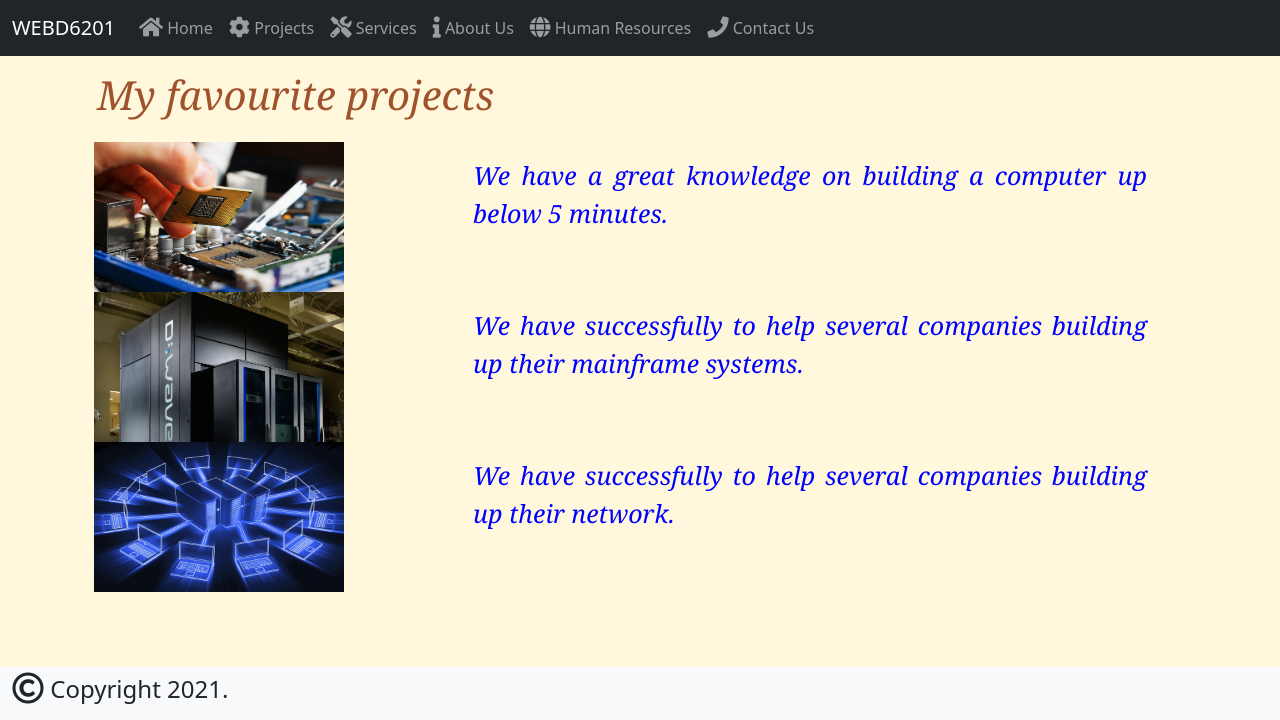
Repository: YiuWingLau/WEBD6201-W2021-Lab1
Page: projects.html
These files come from the project's save history. The page is drawn as it stood at one moment and after the next save; the edit follows.
The browser window is 1280 px wide. The pictures show the whole page.

Above is the page before, as saved 2021-02-04 21:37:59.

### projects.html
<!DOCTYPE html>
<html lang="en">
<head>
    <meta charset="UTF-8">
    <meta name="viewport" content="width=device-width, initial-scale=1.0">
    <title>Projects</title>

    <!--CSS Section -->
    <link rel="stylesheet" href="./node_modules/bootstrap/dist/css/bootstrap.min.css">
    <link rel="stylesheet" href="./node_modules/@fortawesome//fontawesome-free/css/all.min.css">
    <link rel="stylesheet" href="./Content/app.css">
</head>
<body>
    <!-- Main Header-->
    <header>
      <!-- Main Navigation-->
      <nav class="navbar navbar-expand-lg navbar-dark bg-dark">
          <div class="container-fluid">
            <a class="navbar-brand" href="index.html">WEBD6201</a>
            <button class="navbar-toggler" type="button" data-bs-toggle="collapse" data-bs-target="#navbarSupportedContent" aria-controls="navbarSupportedContent" aria-expanded="false" aria-label="Toggle navigation">
              <span class="navbar-toggler-icon"></span>
            </button>
            <div class="collapse navbar-collapse" id="navbarSupportedContent">
              <ul class="navbar-nav me-auto mb-2 mb-lg-0">

                <li id="navBarIndex" class="nav-item">
                  <a class="nav-link" aria-current="page" href="index.html"><i class="fas fa-home fa-lg"></i> Home</a>
                </li>

                <li id="navBarProjects" class="nav-item">
                  <a class="nav-link active" aria-current="page" href="products.html"><i class="fas fa-cog fa-lg"></i> Products</a>
                </li>

                <li id="navBarServices" class="nav-item">
                  <a class="nav-link" aria-current="page" href="services.html"><i class="fas fa-tools fa-lg"></i> Services</a>
                </li>

                <li id="navBarAboutUs" class="nav-item">
                  <a class="nav-link" aria-current="page" href="about.html"><i class="fas fa-info fa-lg"></i> About Us</a>
                </li>

                <li id="navBarContactUs" class="nav-item">
                  <a class="nav-link" aria-current="page" href="contact.html"><i class="fas fa-phone fa-lg"></i> Contact Us</a>
                </li>

              </ul>
            </div>
          </div>
      </nav>
    </header>
    <!-- Main Content -->
    <main class="container">
    </main>

    <!-- Main Footer -->
    <footer>
        <nav class="navbar fixed-bottom navbar-light bg-light">
            <div class="container-fluid">
              <h4><i class="far fa-copyright fa-lg"></i> Copyright 2021.</a></h4>
            </div>
        </nav>
    </footer>
    <!-- JavaScript Section -->
    <script src="./node_modules/jquery/dist/jquery.min.js"></script>
    <script src="./node_modules/bootstrap/dist/js/bootstrap.bundle.min.js"></script>
    <script src="./Scripts/app.js"></script>
</body>
</html>

### Content/app.css
h1 {
    padding: 15px;
    color: sienna;
    font-family: Cambria, Cochin, Georgia, Times, 'Times New Roman', serif;
    font-style: italic;
}

p {
    padding: 15px;
    color: blue;
    font-family:Cambria, Cochin, Georgia, Times, 'Times New Roman', serif;
    font-style: italic;
    font-size: 25px;
    text-align: justify;
}

body {
    background-color: cornsilk;
}

#homePicture {
    width: 1000px;
    height: 600px;
}

#favImage {

    width: 250px;
    height: 150px;
}

### Scripts/app.js
/* custom JavaScript goes here */

//IIFE - Immediately Invoked Function Expression
//AKA - Anonymous Self-Executing Function
//Closure - limits scope leak

"use strict";

(function()
{
    function displayHome()
    {
      // create heading element
      let homeHeading = document.createElement("h1");
      // configure the element
      homeHeading.setAttribute("id", "homeHeading");
      homeHeading.textContent = "Welcome to WEBD6201";
      // select the parent element
      let mainContent = document.getElementsByTagName("main")[0];
      // Add / Insert the element
      mainContent.appendChild(homeHeading);

      // inject the background image to the home pageinject the background image to the home page
        let myhomebackground = document.createElement("img");
        myhomebackground.setAttribute("id", "homePicture");
        myhomebackground.setAttribute("src", "./images/homepagebackground.jpg");
        myhomebackground.setAttribute("alt", "Computer Programmer");
        mainContent.appendChild(myhomebackground);

        // inject the first paragraph to the home page
        let newParagraph = document.createElement("p");
        newParagraph.setAttribute("id", "paragraphTwo");
        newParagraph.textContent = "We provide the best programming service for you...";
        mainContent.appendChild(newParagraph);
    }

    function displayAbout()
    {
        //create new element Human Resources
        let myPicture = document.createElement("img");
        myPicture.setAttribute("id", "myImage");
        myPicture.setAttribute("src", "./images/img_me.jpg");
        myPicture.setAttribute("alt", "Nelson Lau");
        myPicture.setAttribute("width", "192");
        myPicture.setAttribute("height", "108");

        // Step 1. document.createElement
        let ParagraphOne = document.createElement("p");
        // Step 2. configure the element
        ParagraphOne.setAttribute("id", "myIntroduction");
        ParagraphOne.textContent = "Here are my favourite projects.";
        // Step 3. select the parent element
        let mainContent = document.getElementsByTagName("main")[0];
        mainContent.appendChild(myPicture);
        // Step 4. Add / Insert the element
        mainContent.appendChild(ParagraphOne);
        ParagraphOne.className = "fs-lg";

    }

    function displayProjects()
    {
      // create and add heading to Projects page
      let projectHeading = document.createElement("h1");
      projectHeading.setAttribute("id", "projectHeading");
      projectHeading.textContent = " My favourite projects";
      let mainContent = document.getElementsByTagName("main")[0];
      mainContent.appendChild(projectHeading);


      // create favorite projects element div tag
      let project = document.createElement("div");
      project.setAttribute("class", "container");
      project.setAttribute("id", "project");
      mainContent.appendChild(project);

      // create & insert 1st favorite project detail
      let projectOne = document.createElement("div");
      projectOne.setAttribute("class", "row");
      projectOne.setAttribute("id", "projectOne");
      projectOne.innerHTML = `<div class="row"><div class="col-4"><img id="favImage" src="./images/hardware.jpg" alt="computer hardware"></div>
                              <div class="col-8"><p> We have a great knowledge on building a computer up below 5 minutes.</p></div></div><div></div>`;
      project.appendChild(projectOne);

      // create & insert 2nd favorite project detail
      let projectTwo = document.createElement("div");
      projectTwo.setAttribute("class", "row");
      projectTwo.setAttribute("id", "projectTwo");
      projectTwo.innerHTML = `<div class="row"><div class="col-4"><img id="favImage" src="./images/mainframe.jpg" alt="mainframe development"></div>
                              <div class="col-8"><p> We have successfully to help several companies building up their mainframe systems.</p></div></div><div></div>`;
      project.appendChild(projectTwo);

      // create & insert 2nd favorite project detail
      let projectThree = document.createElement("div");
      projectThree.setAttribute("class", "row");
      projectThree.setAttribute("id", "projectThree");
      projectThree.innerHTML = `<div class="row"><div class="col-4"><img id="favImage" src="./images/networking.jpg" alt="computer networking"></div>
                                <div class="col-8"><p> We have successfully to help several companies building up their network.</p></div></div><div></div>`;
      project.appendChild(projectThree);
    }

    function displayHumanResources()
    {

    }

    function displayServices()
    {

        // another way of injecting content
        let paragraphDiv = document.createElement("div");
        let paragraphThree = `<p id="paragraphThree" class="fs-7 fw-bold">And this is the Third Paragraph</p>`;
        paragraphDiv.innerHTML = paragraphThree;

        // insertions

        // example of inserting before a node
        // newParagraph.before(paragraphDiv);

        // example of inserting after a node
        newParagraph.after(paragraphDiv);

        // deletions

        // example of removing a single element
        //paragraphOneElement.remove();

        // example of removeChild
       // mainContent.removeChild(paragraphOneElement);
        // update / modification
        //mainContent.firstElementChild.textContent = "Welcome Home!";
    }

    function displayContact()
    {
        let messageArea = document.getElementById("messageArea");
        messageArea.hidden = true;

        // form validation
        let fullName = document.getElementById("fullName");
        fullName.addEventListener("blur", function() {
            if(fullName.value.length < 2)
            {
                fullName.focus();
                fullName.select();
                messageArea.hidden = false;
                messageArea.className = "alert alert-danger";
                messageArea.textContent = "Please enter an appropriate Name";
            }
            else
            {
                messageArea.removeAttribute("class");
                messageArea.hidden = true;
            }
        });

        let sendButton = document.getElementById("sendButton");
        sendButton.addEventListener("click", function(event){
            //event.preventDefault();

            let contact = new Contact(fullName.value, contactNumber.value, emailAddress.value);

            if(contact.serialize())
            {
              localStorage.setItem((localStorage.length + 1).toString(), contact.serialize());
            }

        });
    }

    function displayContactList()
    {
      if (localStorage.length > 0)
      {
        let contactList = document.getElementById("contactList");

        let data = "";

        for (let index = 0; index < localStorage.length; index++)
        {
          let contactData = localStorage.getItem((index + 1).toString());

          let contact = new Contact();
          contact.deserialize(contactData);

          data += `<tr>
          <th scope="row">${index + 1}</th>
          <td>${contact.FullName}</td>
          <td>${contact.ContactNumber}</td>
          <td>${contact.EmailAddress}</td>
        </tr>`;
        }

        contactList.innerHTML = data;
      }
    }

    // function to correct the wrong link and text content in navigation bar
    function changeNavBarName()
    {
        let navName = document.getElementById("navBarProjects");
        navName.innerHTML = `<a class='nav-link' aria-current='page' href='projects.html'><i class="fas fa-cog fa-lg"></i> Projects</a>`;
    }

    // function to add Human Resource element to Nav Bar between About Us and Contact Us
    function addNewNavBarElement()
    {
        //create new element Human Resources
        let newListElement = document.createElement("li");
        newListElement.setAttribute("id", "navBarHumanResources");
        newListElement.setAttribute("class", "nav-item");
        newListElement.innerHTML = `<a class='nav-link' aria-current='page' href='Human-Resources.html'><i class="fas fa-globe fa-lg"></i> Human Resources</a>`;
        // append new element after About Us
        let aboutUsListElement = document.getElementById("navBarAboutUs");
        aboutUsListElement.after(newListElement);
    }

    function Start()
    {
        console.log("App Started...");

        changeNavBarName();

        addNewNavBarElement();

        switch (document.title)
        {
          case "Home":
              displayHome();
            break;
          case "About":
              displayAbout();
            break;
          case "Projects":
              displayProjects();
            break;
          case "Human Resources":
              displayHumanResources();
            break;
          case "Services":
              displayServices();
            break;
          case "Contact":
              displayContact();
            break;
          case "Contact-List":
            displayContactList();
          break;
        }

    }

    window.addEventListener("load", Start);

})();

Loaded but not shown: node_modules/bootstrap/dist/css/bootstrap.min.css (library); node_modules/@fortawesome/fontawesome-free/css/all.min.css (library); node_modules/jquery/dist/jquery.min.js (library); node_modules/bootstrap/dist/js/bootstrap.bundle.min.js (library)

After the next save:
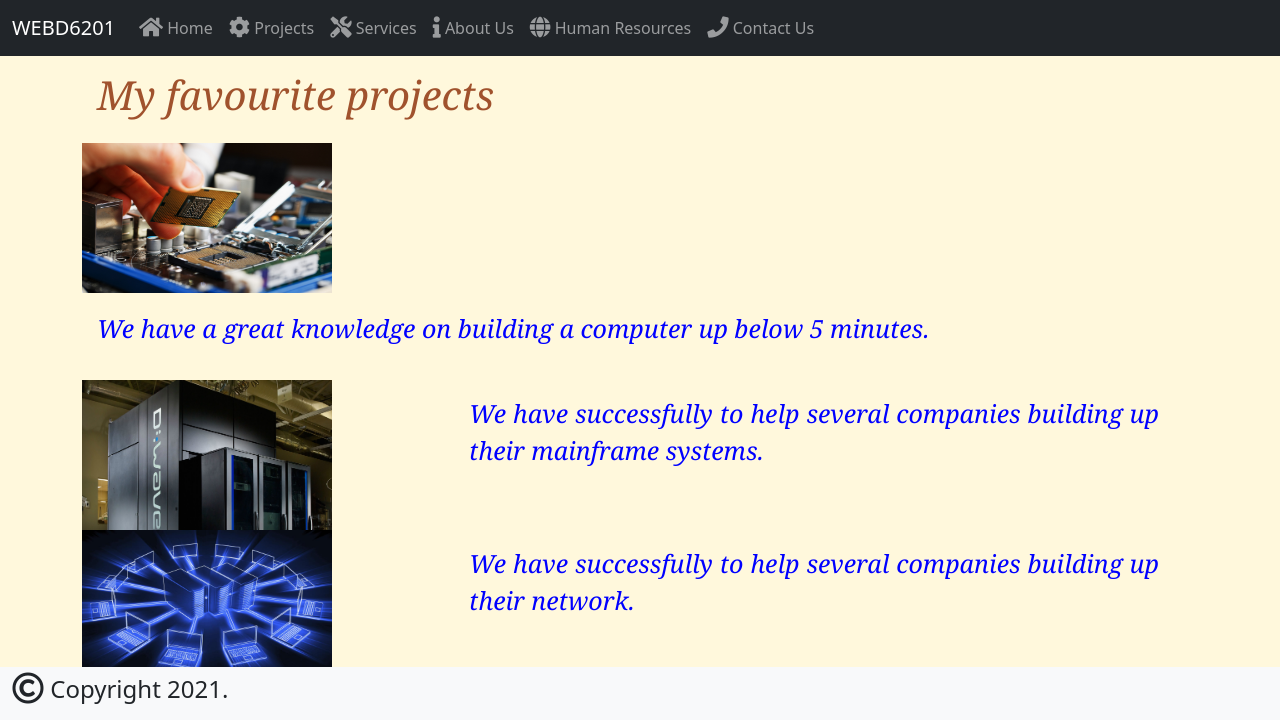
Saved 5 min 53 s later.
--- a/Scripts/app.js
+++ b/Scripts/app.js
@@ -69,17 +69,17 @@
 
 
       // create favorite projects element div tag
-      let project = document.createElement("div");
+      let project = document.createElement("table");
       project.setAttribute("class", "container");
       project.setAttribute("id", "project");
       mainContent.appendChild(project);
 
       // create & insert 1st favorite project detail
-      let projectOne = document.createElement("div");
+      let projectOne = document.createElement("tr");
       projectOne.setAttribute("class", "row");
       projectOne.setAttribute("id", "projectOne");
-      projectOne.innerHTML = `<div class="row"><div class="col-4"><img id="favImage" src="./images/hardware.jpg" alt="computer hardware"></div>
-                              <div class="col-8"><p> We have a great knowledge on building a computer up below 5 minutes.</p></div></div><div></div>`;
+      projectOne.innerHTML = `<td><img id="favImage" src="./images/hardware.jpg" alt="computer hardware"></td>
+                              <td><p> We have a great knowledge on building a computer up below 5 minutes.</p></td>`;
       project.appendChild(projectOne);
 
       // create & insert 2nd favorite project detail
